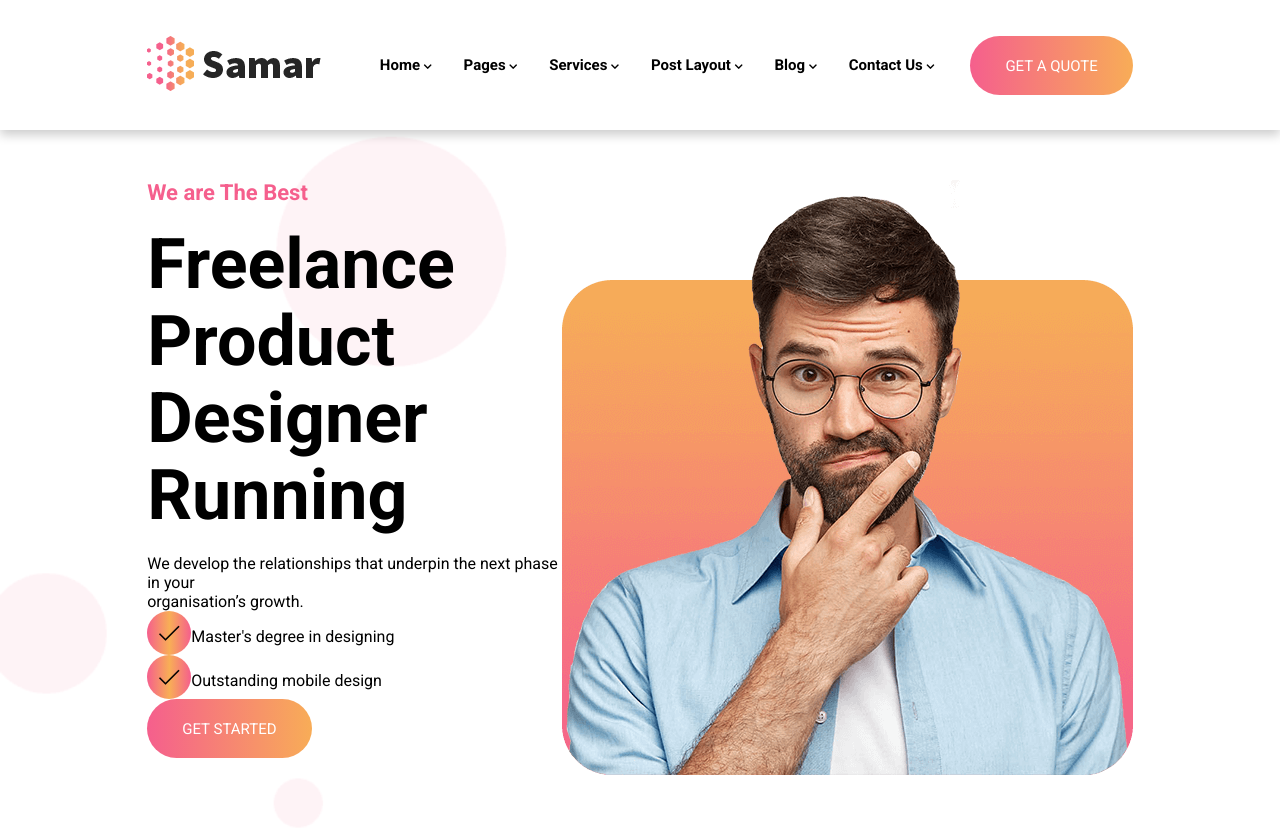
Repository: leequanganh/sammar
Page: html/index.html
The author's editor kept a copy of each file at every save. The page is drawn from the files as they stood at one save, then again after a run of saves.
The browser window is 1280 px wide. The pictures show the whole page.

Above is the page before, as saved 2021-12-09 14:47:08.

After the next 4 saves:
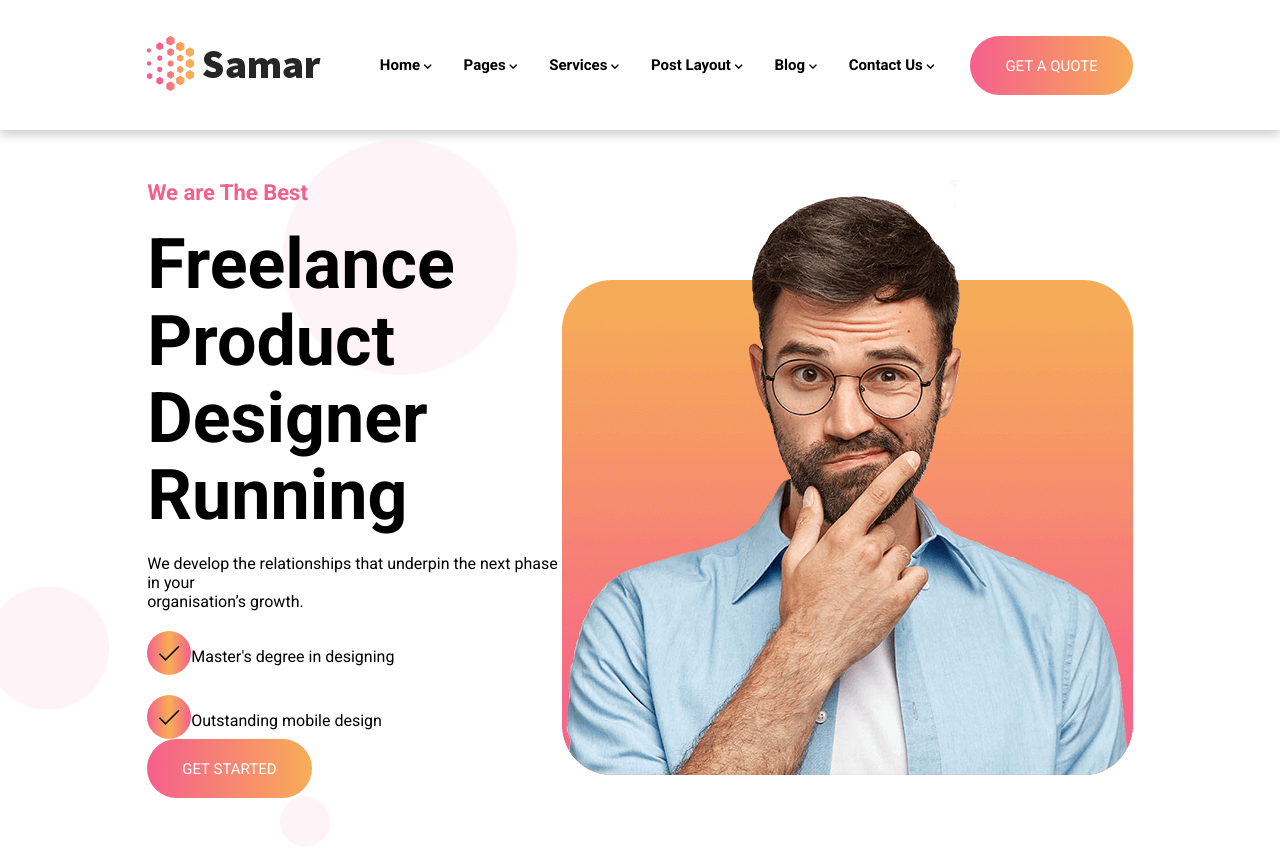
The 4 saves are shown as one change because they came seconds apart.
The last was saved 25 s later.
--- a/css/index.css
+++ b/css/index.css
@@ -141,6 +141,9 @@ span{
     line-height: 28px;
     margin-bottom: 20px;
 }
+.banner_text span{
+    margin-top: 20px;
+}
 .banner_text span i{
     font-size: 24px;
     padding: 10px;
